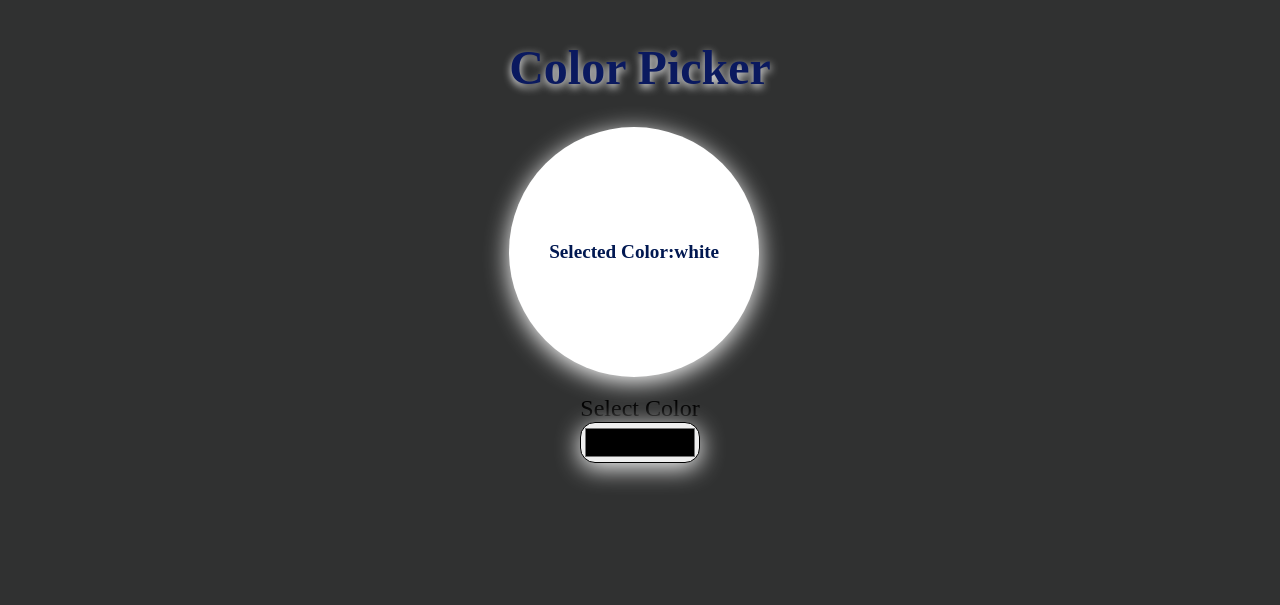
Repository: rkrukshan/Color-Picker--React-
Page: /
An editor plug-in stored every save of this project. The page is shown before and after the next save, followed by the edit.
The browser window is 1280 px wide. The pictures show the whole page.
The project was rebuilt for these pictures with package versions that can differ from the ones it lists, and the page was loaded fresh each time. Also part of the build but not shown: vite.config.js.

Above is the page before, as saved 2024-07-21 19:20:51.

After the next save:
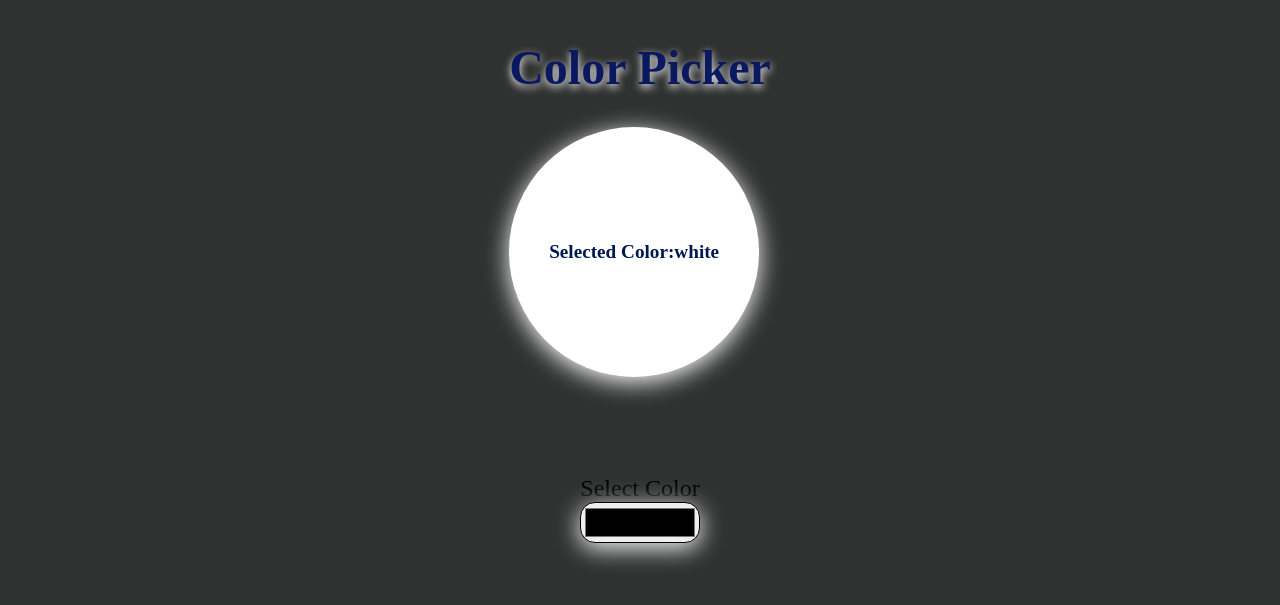
Saved 8 s later.
--- a/src/index.css
+++ b/src/index.css
@@ -38,5 +38,5 @@ body {
   transition: 11s;
 }
 .btncp{
-  margin-top: ;
+  margin-top: 5em;
 }
